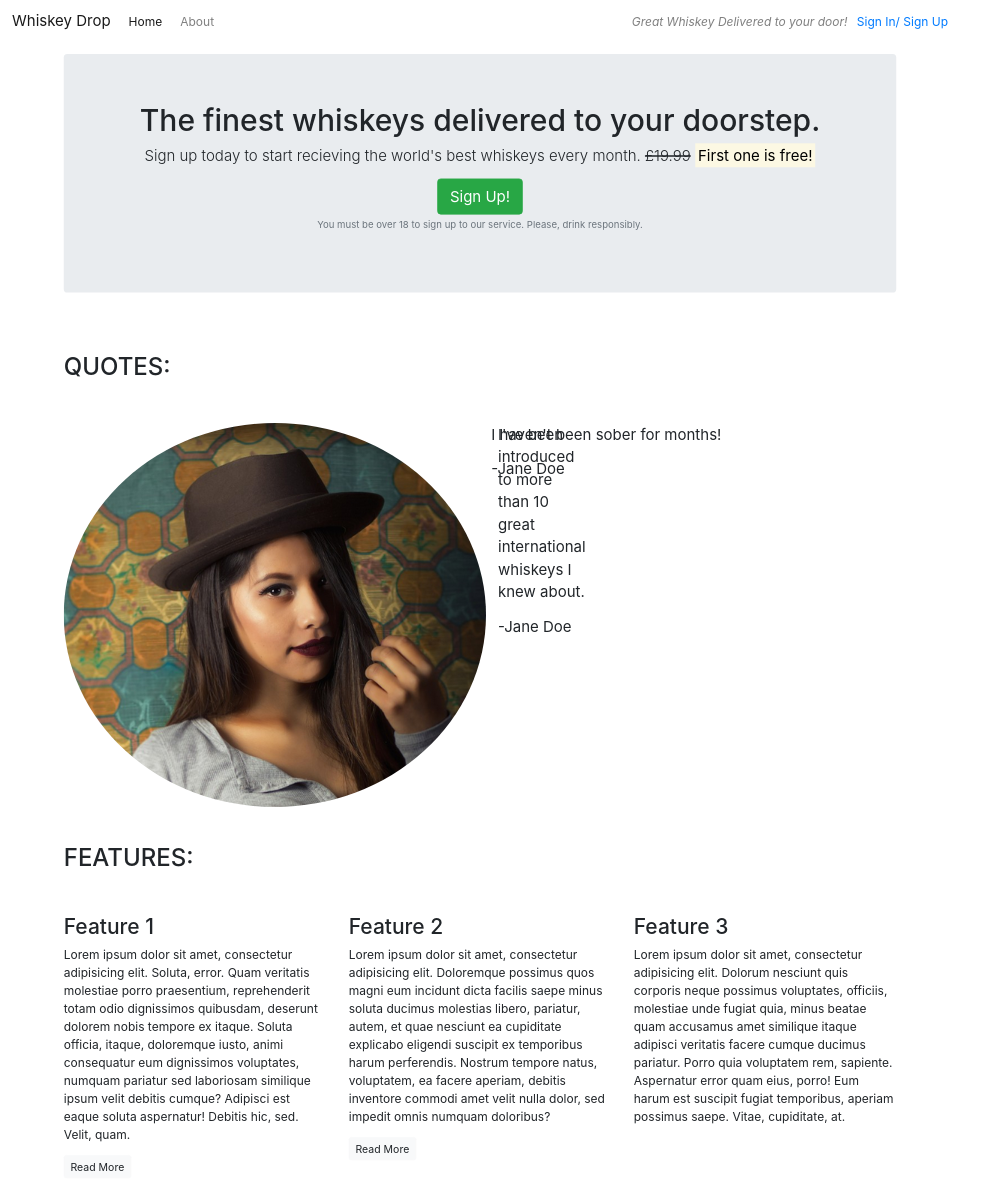
Repository: Leannald13/whiskey-project
Page: index.html
The author's editor kept a record of every edit. The page is drawn from the files as they stood at one moment, then again after the next edit.
The browser window is 1280 px wide. The page is 1280 px wide, then 1310 px, so the pictures cover 1310 px, including what lies to the right of the window. The pictures show the whole page, at 75% of full size.

Above is the page before.
Console error: TypeError: Cannot read properties of undefined (reading 'fn')

After the next edit:
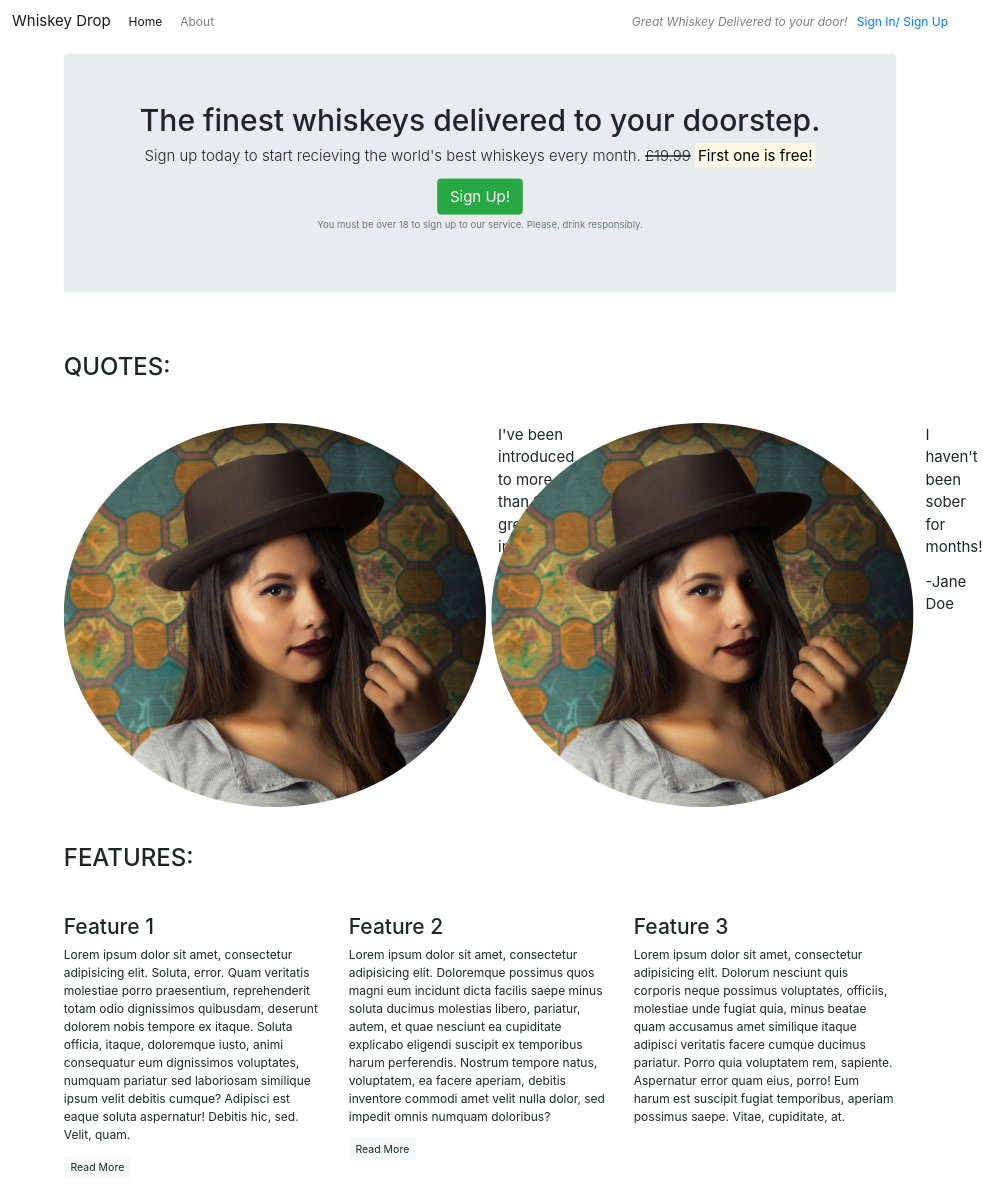
The edit:
--- a/index.html
+++ b/index.html
@@ -56,6 +56,9 @@
                     </div>
                 </div>
                 <div class="col-12 col-md-6">
+                    <div class="media">
+                        <img src="images/girl-image.png" class="rounded-circle mr-3 height=100 weight=100">
+                        <div class="media-body">
                     <blockquote class="blockquote">
                         <p>I haven't been sober for months!</p>
                         <p>-Jane Doe</p>
